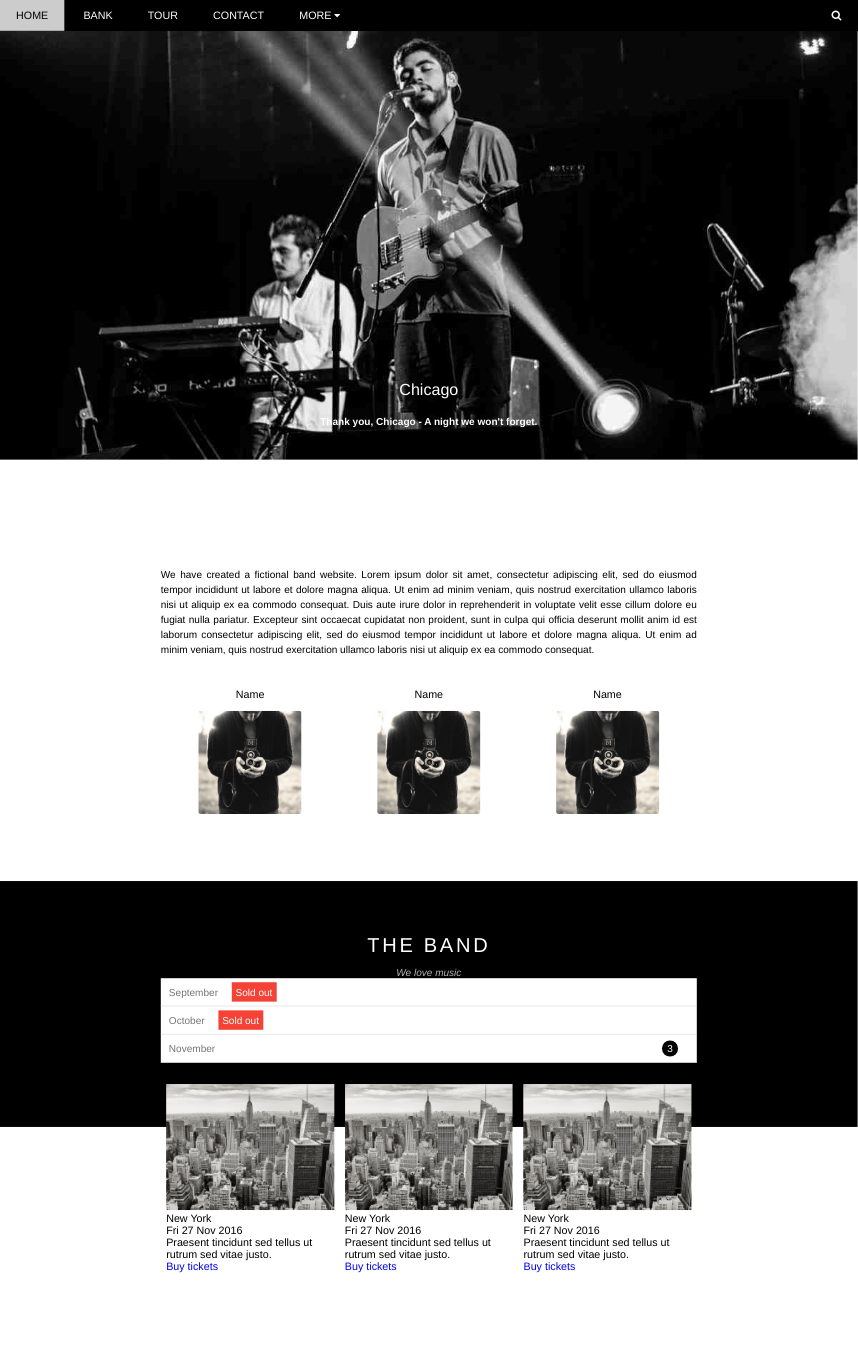
Repository: vuongtm1999/TheBand_W3School
Page: index.html
An editor plug-in stored every save of this project. The page is shown before and after the next save, followed by the edit.
The browser window is 1280 px wide. The pictures show the whole page, at 67% of full size.

Above is the page before, as saved 2022-08-26 17:16:11.

### index.html
<!DOCTYPE html>
<html lang="en">
<head>
    <meta charset="UTF-8">
    <meta http-equiv="X-UA-Compatible" content="IE=edge">
    <meta name="viewport" content="width=device-width, initial-scale=1.0">
    <title>Document</title>
    <link rel="stylesheet" href="./assets/css/style.css">
    <link rel="stylesheet" href="https://cdnjs.cloudflare.com/ajax/libs/font-awesome/4.7.0/css/font-awesome.min.css">

</head>
<body>
        <div id="header">
            <!-- begin: nav -->
            <ul id="nav">
                <li><a href="#">Home</a></li>
                <li><a href="#">Bank</a></li>
                <li><a href="#">Tour</a></li>
                <li><a href="#">Contact</a></li>
                <li>
                    <a href="#">More <i style="font-size: 15px;" class="fa fa-caret-down"></i></a>
                    <ul class="subnav">
                        <li><a href="#">Merchandise</a></li>
                        <li><a href="#">Extras</a></li>
                        <li><a href="#">Media</a></li>
                    </ul>
                </li>
            </ul>
            <!-- end: nav -->

            <!-- begin: search button -->
            <div class="search-button">
                <i class="fa fa-search"></i>
            </div>
            <!-- end: search button -->
        </div>

        <div id="slider">
            <div class="text-content">
                <div class="container">
                    <h3 class=text-heading>
                        Chicago
                    </h3>
                    <div class="text-description">
                        Thank you, Chicago - A night we won't forget.
                    </div>
                </div>
            </div>
        </div>

        <div id="content">
            <!-- about section -->
            <div class="content-section">
                <h2 class="section-heading">THE BAND</h2>
                <p class="section-sub-heading">We love music</p>
                <p class="section-about-text">We have created a fictional band website. Lorem ipsum dolor sit amet, consectetur adipiscing elit, sed do eiusmod tempor incididunt ut labore et dolore magna aliqua. Ut enim ad minim veniam, quis nostrud exercitation ullamco laboris nisi ut aliquip ex ea commodo consequat. Duis aute irure dolor in reprehenderit in voluptate velit esse cillum dolore eu fugiat nulla pariatur. Excepteur sint occaecat cupidatat non proident, sunt in culpa qui officia deserunt mollit anim id est laborum consectetur adipiscing elit, sed do eiusmod tempor incididunt ut labore et dolore magna aliqua. Ut enim ad minim veniam, quis nostrud exercitation ullamco laboris nisi ut aliquip ex ea commodo consequat.</p>

                <div class="member-list">

                    <div class="member-item">
                        <p class="member-name">Name</p>
                        <img class="member-image" src="assets/img/bandmember.jpg" alt="member">
                    </div>

                    <div class="member-item">
                        <p class="member-name">Name</p>
                        <img class="member-image" src="assets/img/bandmember.jpg" alt="member">
                    </div>

                    <div class="member-item">
                        <p class="member-name">Name</p>
                        <img class="member-image" src="assets/img/bandmember.jpg" alt="member">
                    </div>

                    <div class="clearFloat"></div>
                </div>
            </div>

            <!-- TOUR DATES section -->
            <div class="tour-section">
                <div class="content-section">
                    <h2 class="section-heading">THE BAND</h2>
                    <p class="section-sub-heading">We love music</p>

                    <ul class="ticket-list">
                        <li>September <span class="soldout">Sold out</span></li>
                        <li>October <span class="soldout">Sold out</span></li>
                        <li>November <span class="quantity">3</span></li>
                    </ul>

                    <div class="place-ticket">
                        <div class="place-item">
                            <img src="assets/img/place/newyork.jpg" alt="img-ticket" class="place-img">
                            <p class="place-city">New York</p>
                            <p class="place-time">Fri 27 Nov 2016</p>
                            <p class="place-content">Praesent tincidunt sed tellus ut rutrum sed vitae justo.</p>
                            <a href="#" class="place-buy-tickets">Buy tickets</a>
                        </div>

                        <div class="place-item">
                            <img src="assets/img/place/newyork.jpg" alt="img-ticket" class="place-img">
                            <p class="place-city">New York</p>
                            <p class="place-time">Fri 27 Nov 2016</p>
                            <p class="place-content">Praesent tincidunt sed tellus ut rutrum sed vitae justo.</p>
                            <a href="#" class="place-buy-tickets">Buy tickets</a>
                        </div>

                        <div class="place-item">
                            <img src="assets/img/place/newyork.jpg" alt="img-ticket" class="place-img">
                            <p class="place-city">New York</p>
                            <p class="place-time">Fri 27 Nov 2016</p>
                            <p class="place-content">Praesent tincidunt sed tellus ut rutrum sed vitae justo.</p>
                            <a href="#" class="place-buy-tickets">Buy tickets</a>
                        </div>
                    </div>
                </div>
            </div>

            <!-- CONTACT section -->
            <div class="content-section">
                <h2 class="section-heading">THE BAND</h2>
                <p class="section-sub-heading">We love music</p>
            </div>

        </div>

        <div id="footer">

        </div>
    </div>
</body>
</html>

### assets/css/style.css
/* reset CSS */
* {
    margin: 0;
    padding: 0;
    box-sizing: border-box;
}

html {
    font-family: Helvetica, Arial, sans-serif;
}

#nav, .subnav, li{
    list-style-type: none;
}

#nav{
    display: inline-block;
}

/*
Nguyen tac lam viec
1. Vi tri
2. Kich thuoc
3. Mau sac
4. Kieu dang (kieu chu, hinh tron hay hinh vuong,...)
*/

/*
Tu ngoai vao trong
Tu tren xuong duoi
TU tong quan den chi tiet
 */

#main {}

#header {
    position: fixed;
    z-index: 1;
    height: 46px;
    background-color: #000;
    color: #fff;
    top: 0;
    left: 0;
    right: 0;
}

#nav li {
    text-decoration: none;
    line-height: 46px;
}

a{
    text-decoration: none;
}

#nav > li > a {
    /* display: inline-block; */
    padding: 0px 24px;
    color: #ffffff;
    text-transform: uppercase;
}

#nav > li {
    display: inline-block;
}

#nav li:last-child {
    position: relative;
}

#nav .subnav {
    background-color: #fff;
    position: absolute;
    display: none;
    top: 100%;
    left: 0;
    box-shadow:  0px 0px 10px rgba(0, 0, 0, 0.3);
    min-width: 160px;
}

#nav .subnav a{
    color: #000;
    padding: 0px 12px;
    line-height: 30px;
    display: inline-block;
    width: 100%;
}

#nav .subnav li:hover,
#nav > li:hover > a {
    color: #000;
    background-color: #ccc;
    display: block;
}

#nav > li:last-child:hover .subnav{
    display: block;
}

/* search btn */
#header .search-button{
    float: right;
    line-height: 46px;
    padding: 0 24px;
}

#header .search-button:hover{
    background-color: #f44336;
    cursor: pointer;
}

#slider {
    /* background-color: rgb(27, 22, 22); */
    margin-top: 46px;
/* padding-top bang 50% chieu rong cua thanh phan do */
    padding-top: 50%;
    position: relative;
    background: url("/assets/img/chicago.jpg") top center / cover no-repeat;
}

#slider .text-content{
    position: absolute;
    color: white;
    bottom: 48px;

    /* cach 1 */
    /* left: 50%;
    transform: translateX(-50%); */
    /* cach 2 */
    /* left: 0;
    right: 0; */
    /* cach 3 */
    width: 100%;
    text-align: center;
}

.text-heading{
    font-size: 24px;
    font-weight: 400;
}

.text-description{
    margin-top: 25px;
    font-weight: bolder;
    font-size: 15px;
}

#content .content-section{
    width: 800px;
    padding: 64px 0;
    margin-left: auto;
    margin-right: auto;
}

.content-section .section-heading,
.content-section .section-about-text{
    margin: 15px 0px;
}

.content-section .section-heading,
.content-section .section-sub-heading{
    text-align: center;
}

.content-section .section-sub-heading{
    font-size: 15px;
    opacity: 0.7;
    font-style: italic;
}

.content-section .section-heading{
    font-size: 30px;
    font-weight: 500;
    letter-spacing: 4px;
}

.content-section .section-about-text{
    /* line-height khong co px */
    line-height: 1.5;
    font-size: 15px;
    text-align: justify;
}

.content-section .member-item{
    float: left;
    width: calc(100%/3);

    /* width: 33.333%; */
}

.content-section .member-list{
    margin: 32px 0;
    text-align: center;

    /* Khac phuc khi dung float :left */
    /* overflow: hidden; */
}

.content-section .member-name{
    /* text-align: center; */
}

.content-section .member-name{
    margin: 15px 0;
}

.content-section .member-image{
    width: 154px;
    border-radius: 4px;
}

.content-section .clearFloat{
    /* Khac phuc khi dung float :left */
    clear: both;
}

/* Tour section */
.tour-section{
    background-color: #000;
}

/*  begin: tour section */
.section-heading,
.section-sub-heading{
    color: white;
}

.ticket-list{
    background-color: white;
}

.ticket-list > li{
    font-size: 15px;
    padding: 12px;
    border-bottom: 1px solid #ddd;
    color: #757575;
}

.soldout{
    background-color: #f44336;
    padding: 6px;
    margin-left: 16px;
    color: #fff;
}

.quantity{
    float: right;
    margin-right: 16px;
    background-color: #000;
    width: 24px;
    height: 24px;
    border-radius: 50%;
    color: white;
    text-align: center;
    line-height: 24px;
    margin-top: -3px;
}

/* place-ticket */
.place-ticket{
    /* margin-top: 32px; */
    padding-top: 32px;
}

.place-item{
    float: left;
    width: 33.3333%;
    padding: 0 8px;
}

.place-img{
    width: 100%;
}

.place-city{

}

.place-time{

}

.place-content{

}

.place-buy-tickets{

}



#container {
    /* height: 500px;
    background-color: #ccc; */
}

#content {}

#footer {}

After the next save:
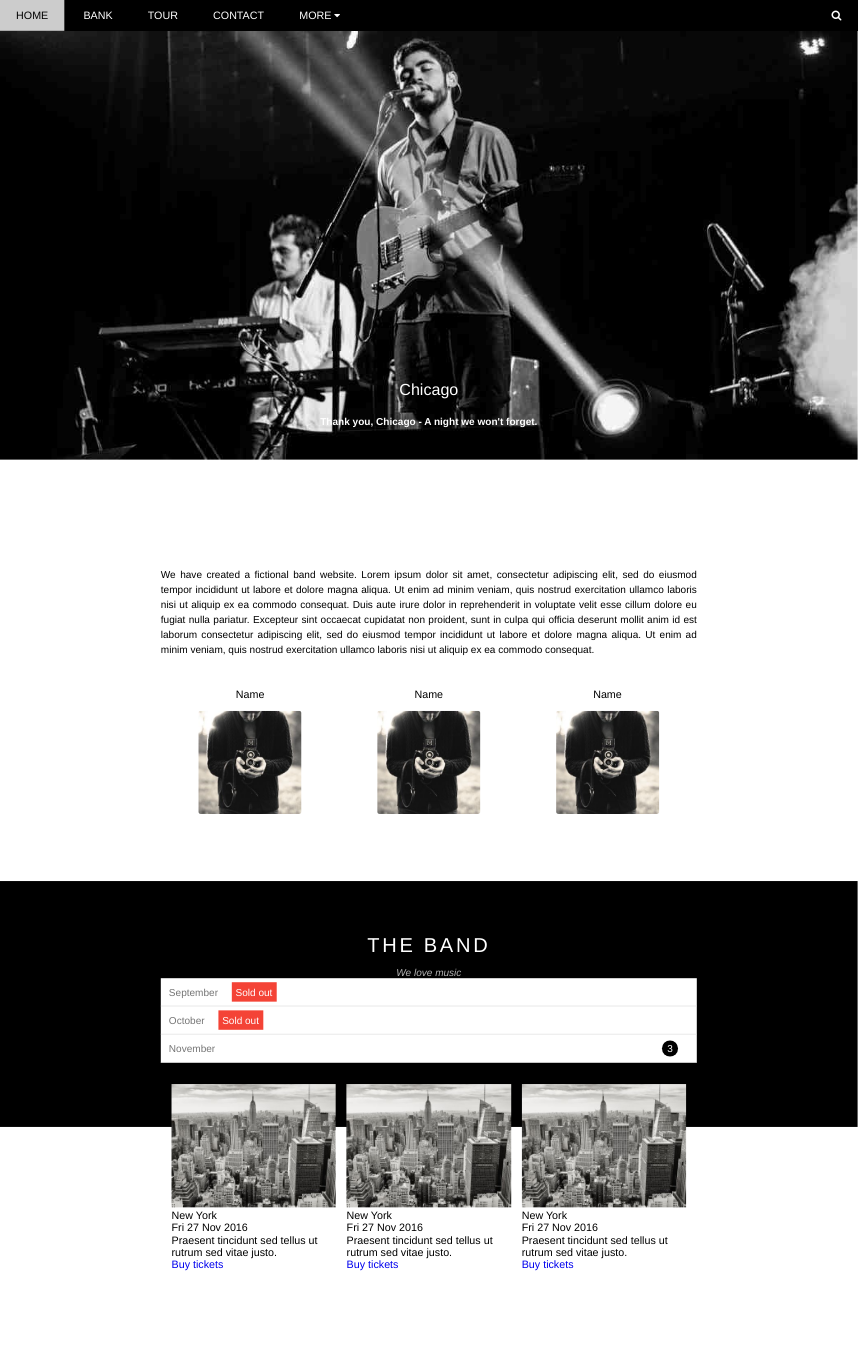
Saved 36 s later.
--- a/assets/css/style.css
+++ b/assets/css/style.css
@@ -260,6 +260,8 @@ a{
 .place-ticket{
     /* margin-top: 32px; */
     padding-top: 32px;
+    margin-left: 8px;
+    margin-right: 8px;
 }
 
 .place-item{
